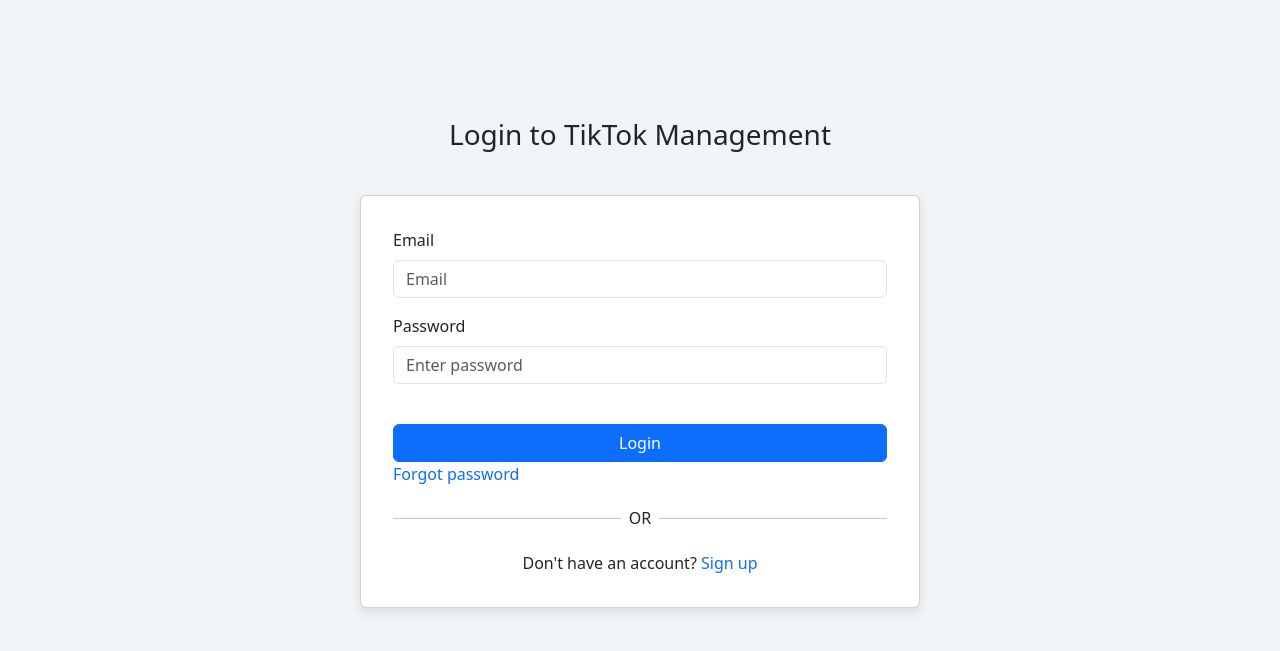
Repository: chaolaolo/tikcrm-fe
Page: /dashboard
An editor plug-in stored every save of this project. The page is shown before and after the next save, followed by the edit.
The browser window is 1280 px wide. The pictures show the whole page.
The project was rebuilt for these pictures with package versions that can differ from the ones it lists, and the page was loaded fresh each time. Also part of the build but not shown: vite.config.ts, src/pages/Home/Settings.tsx, src/pages/Home/HomePage.tsx. Imported but missing from the stored project, and not drawn on this page: src/pages/Home/Dashboard, src/pages/Register/RegisterPage.

Above is the page before, as saved 2025-05-22 22:35:19.

### src/main.tsx
import React, { StrictMode } from 'react'
import ReactDOM from 'react-dom/client';
import { createRoot } from 'react-dom/client'
import './index.css'
import { BrowserRouter } from 'react-router-dom';
import { AuthProvider } from './store/AuthContext.tsx';
import App from './App.tsx'
import 'antd/dist/reset.css';
import 'bootstrap/dist/css/bootstrap.min.css';
import 'bootstrap/dist/js/bootstrap.bundle.min.js';

ReactDOM.createRoot(document.getElementById('root')!).render(
  <React.StrictMode>
    <AuthProvider>
      <BrowserRouter>
        <App />
      </BrowserRouter>
    </AuthProvider>
  </React.StrictMode>
)

### src/store/AuthContext.tsx
import React, { createContext, useContext, useState, type ReactNode } from 'react';

interface AuthContextProps {
  isLoggedIn: boolean;
  login: () => void;
  logout: () => void;
}

const AuthContext = createContext<AuthContextProps | undefined>(undefined);

export const AuthProvider = ({ children }: { children: ReactNode }) => {
  const [isLoggedIn, setIsLoggedIn] = useState(false);

  const login = () => setIsLoggedIn(true);
  const logout = () => setIsLoggedIn(false);

  return (
    <AuthContext.Provider value={{ isLoggedIn, login, logout }}>
      {children}
    </AuthContext.Provider>
  );
};

export const useAuth = () => {
  const context = useContext(AuthContext);
  if (!context) throw new Error('useAuth must be used within AuthProvider');
  return context;
};

### src/App.tsx
import { useState } from 'react'
import reactLogo from './assets/react.svg'
import viteLogo from '/vite.svg'
import './App.css'
import { useAuth } from './store/AuthContext';
import { Navigate, Route, Routes } from 'react-router-dom';
import LoginPage from './pages/Auth/LoginPage';
import RegisterPage from './pages/Register/RegisterPage';
import HomePage from './pages/Home/HomePage';
import 'bootstrap/dist/css/bootstrap.min.css';
import 'bootstrap/dist/js/bootstrap.bundle.min.js';
import 'antd/dist/reset.css'

const App = () => {
  const { isLoggedIn } = useAuth();

  return (
    <Routes>
      <Route path="/login" element={<LoginPage />} />
      <Route path="/register" element={<RegisterPage />} />
      <Route path="/forgot-password" element={<RegisterPage />} />
      <Route
        path="/home/*"
        element={isLoggedIn ? <HomePage /> : <Navigate to="/login" />}
      />
      <Route path="*" element={<Navigate to={isLoggedIn ? "/home" : "/login"} />} />
    </Routes>
  );
};

export default App;

### src/pages/Auth/LoginPage.tsx
import React from 'react';
import 'bootstrap/dist/css/bootstrap.min.css';
import { Link } from 'react-router-dom';

const LoginPage: React.FC = () => {
  return (
    <div style={{
      backgroundColor: '#f1f5f7', // Màu light của Bootstrap
      position: 'fixed',
      top: 0,
      left: 0,
      right: 0,
      bottom: 0,
      overflow: 'auto'
    }}>
      <div className="d-flex justify-content-center align-items-center min-vh-100 p-3">
        <div className="w-100" style={{ maxWidth: '600px', }}>
          <p className="text-center mb-8 fs-3 fw-normal">Login to TikTok Management</p>
          <div className="card p-8 " style={{
            marginTop: '40px',
            marginLeft: '20px',
            marginRight: '20px',
            backgroundColor: 'white',
            boxShadow: '0 4px 12px rgba(0, 0, 0, 0.1)'
          }}>
            <form>
              <div className="mb-3 text-start">
                <label htmlFor="email" className="form-label">Email</label>
                <input
                  type="email"
                  className="form-control"
                  id="email"
                  placeholder="Email"
                />
              </div>

              <div className="mb-3 text-start">
                <label htmlFor="password" className="form-label">Password</label>
                <input
                  type="password"
                  className="form-control"
                  id="password"
                  placeholder="Enter password"
                />
              </div>

              <button type="submit" className="btn btn-primary w-100 mt-4">Login</button>

              <div className="mb-3 text-start">
                <Link to="/forgot-password" className="text-decoration-none">
                </Link>
                <a href="#forgot-password" className=" text-decoration-none">Forgot password</a>
              </div>

              <div className="d-flex align-items-center mb-3">
                <hr className="flex-grow-1" />
                <span className="px-2">OR</span>
                <hr className="flex-grow-1" />
              </div>

              <div className="text-center">
                <span>Don't have an account? </span>
                <a href="#signup" className="text-decoration-none">Sign up</a>
              </div>
            </form>
          </div>
        </div>
      </div>
    </div>
  );
};

export default LoginPage;

Loaded but not shown: index.html (common file); src/index.css (common file); src/App.css (common file)

After the next save:
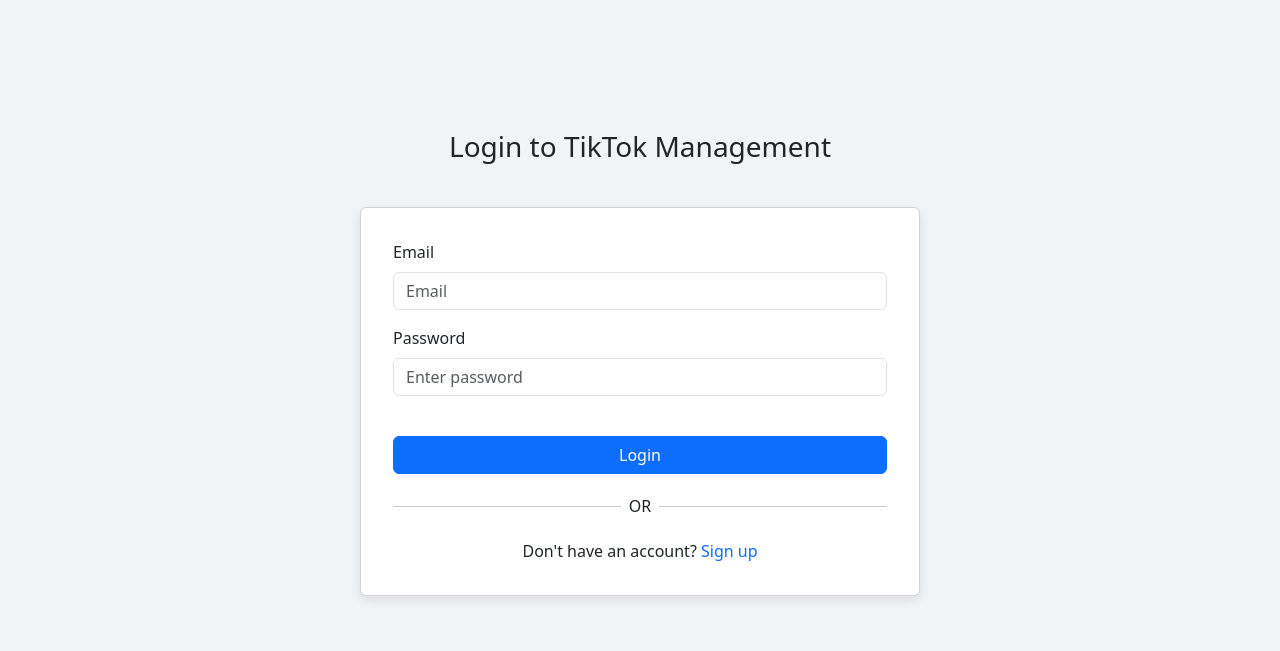
Saved 14 s later.
--- a/src/pages/Auth/LoginPage.tsx
+++ b/src/pages/Auth/LoginPage.tsx
@@ -49,7 +49,7 @@
               <div className="mb-3 text-start">
                 <Link to="/forgot-password" className="text-decoration-none">
                 </Link>
-                <a href="#forgot-password" className=" text-decoration-none">Forgot password</a>
+                {/* <a href="#forgot-password" className=" text-decoration-none">Forgot password</a> */}
               </div>
 
               <div className="d-flex align-items-center mb-3">

After the save that followed:
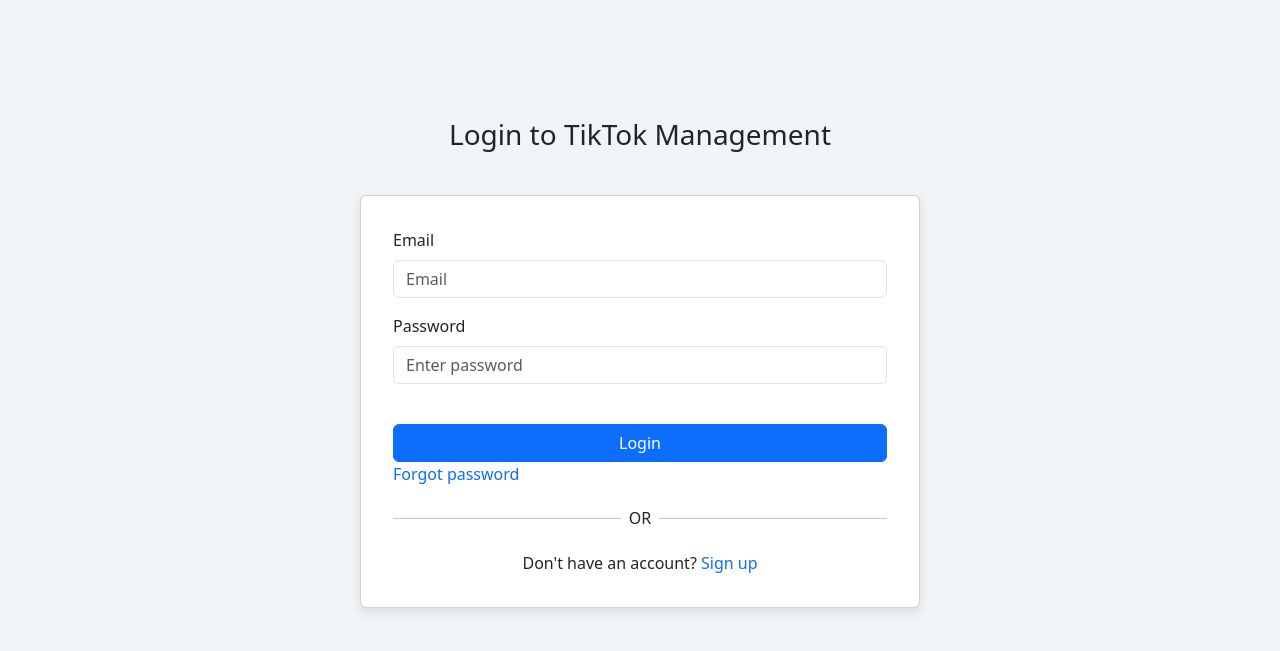
Saved 13 s later.
--- a/src/pages/Auth/LoginPage.tsx
+++ b/src/pages/Auth/LoginPage.tsx
@@ -48,6 +48,7 @@
 
               <div className="mb-3 text-start">
                 <Link to="/forgot-password" className="text-decoration-none">
+                  Forgot password
                 </Link>
                 {/* <a href="#forgot-password" className=" text-decoration-none">Forgot password</a> */}
               </div>
